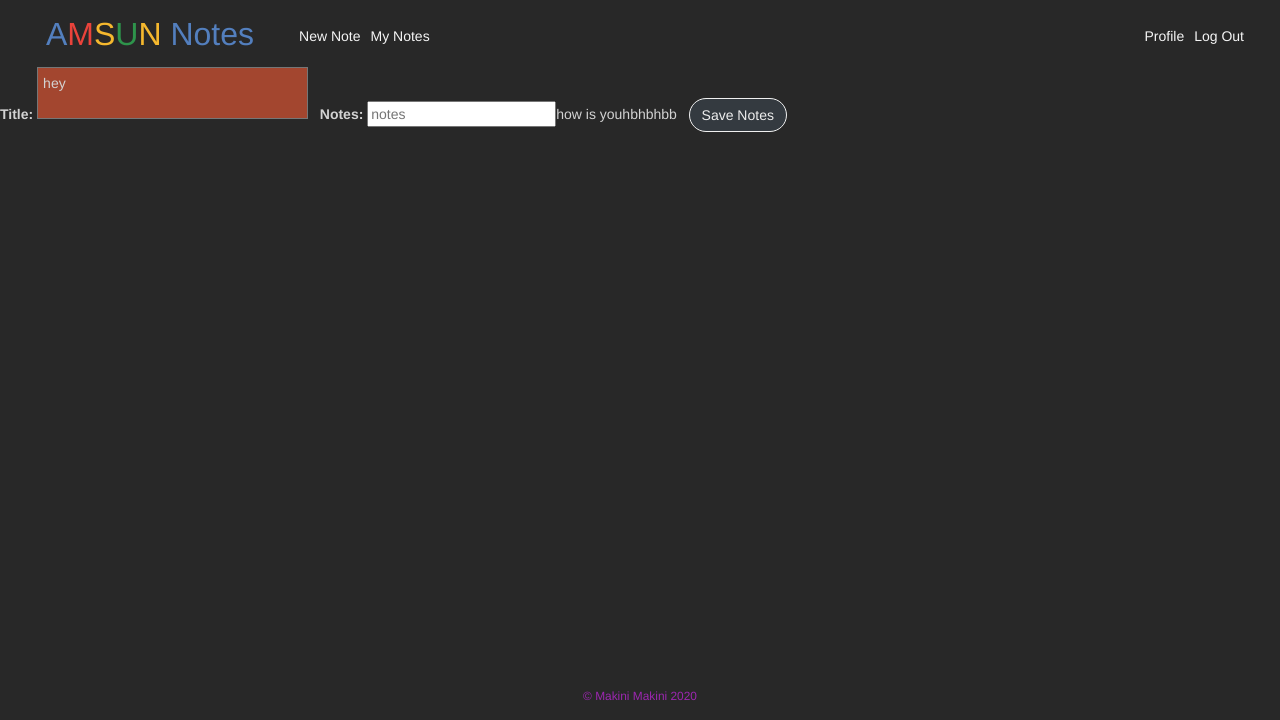
Repository: MakiniMakini/AMSUN-NOTES
Page: http://localhost/22/edit
An editor plug-in stored every save of this project. The page is shown before and after the next save, followed by the edit.
The browser window is 1280 px wide. The pictures show the whole page.
Some web fonts or font styles are not loaded; a fallback is used. The page is served by the project's application, run on Flask 3 (application.py). The session is filled in as if someone had signed in: {"user_id": 1}. The page reads the database file committed with the project.

Above is the page before, as saved 2020-12-25 13:19:49.

### templates/edit.html
{% extends "layout.html" %}

{% block title %}
    Edit
{% endblock %}

{% block main %}


      <div class="notes_form">
            {% for item in notes %}

            <form action="/{{item[0]}}/edit" method="POST" class="notes_form">
             <label for="title">Title:</label>
             <textarea name="title" id="" cols="30" rows="2" placeholder="title" type="text" >{{item[1]}}</textarea> &nbsp;
             <label for="notes">Notes:</label>
             <input name="notes" placeholder="notes" type="text">{{item[2]}}</input> &nbsp;
              <button class="btn btn-primary bg-dark" type="submit">Save Notes</button>
            </form>

            {% endfor %}

  </div>




{% endblock %}

### templates/layout.html
<!DOCTYPE html>
<html lang="en">
    <head>
        <!-- Required meta tags -->
        <meta charset="utf-8">
        <meta name="viewport" content="width=device-width, initial-scale=1, shrink-to-fit=no">

        <!-- documentation at http://getbootstrap.com/docs/4.1/, alternative themes at https://bootswatch.com/ -->
        <link href="https://maxcdn.bootstrapcdn.com/bootstrap/4.1.3/css/bootstrap.min.css" rel="stylesheet">

        <!-- https://favicon.io/emoji-favicons/money-mouth-face/ -->
        <link href="/static/favicon.ico" rel="icon">

        <link href="/static/styles.css" rel="stylesheet">
        <link rel="stylesheet" href="/static/bootstrap.min.css" />
        <link rel="stylesheet" href="/static/animate.min.css" />
        <link rel="stylesheet" href="/static/ionicons.min.css" />
        <link rel="stylesheet" href="/static/styles2.css" />
        <link rel="stylesheet" href="/static/profile.css" />

        <script src="https://code.jquery.com/jquery-3.3.1.min.js"></script>
        <script src="https://cdnjs.cloudflare.com/ajax/libs/popper.js/1.14.3/umd/popper.min.js"></script>
        <script src="https://maxcdn.bootstrapcdn.com/bootstrap/4.1.3/js/bootstrap.min.js"></script>

        <title>AMSUN Notes: {% block title %}{% endblock %}</title>
    </head>

    <body>

        <nav class="navbar navbar-expand-md navbar-light bg-none pl-5 pr-5 m-0 fixed-top">
            <a class="navbar-brand" href="/"><span class="blue">A</span><span class="red">M</span><span class="yellow">S</span><span class="green">U</span><span class="yellow">N</span> <span class="blue">Notes</span></a>
            <button aria-controls="navbar" aria-expanded="false" aria-label="Toggle navigation" class="navbar-toggler bg-light" data-target="#navbar" data-toggle="collapse" type="button">
                <span class="navbar-toggler-icon"></span>
            </button>
            <div class="collapse navbar-collapse" id="navbar" >
                {% if session.user_id %}
                    <ul class="navbar-nav mr-auto mt-2">
                        <li class="nav-item"><a class="nav-link" href="/home">New Note</a></li>
                        <li class="nav-item"><a class="nav-link" href="/my_notes">My Notes</a></li>
                    </ul>
                    <ul class="navbar-nav ml-auto mt-2 navbar-right">
                        <li class="nav-item"><a class="nav-link" href="/profile">Profile</a></li>
                        <li class="nav-item"><a class="nav-link" href="/logout">Log Out</a></li>
                    </ul>
                {% else %}
                    <ul class="navbar-nav ml-auto mt-2 navbar-right">
                        <li class="nav-item"><a class="nav-link" href="/register">Register</a></li>
                        <li class="nav-item"><a class="nav-link" href="/login">Log In</a></li>
                    </ul>
                {% endif %}
            </div>
        </nav>

        {% if get_flashed_messages() %}
            <header>
                <div class="alert alert-primary border text-center" role="alert">
                    {{ get_flashed_messages() | join(" ") }}
                </div>
            </header>
        {% endif %}

        <main class="container p-0">

        </main>
        {% block main %}{% endblock %}

        <footer class="small text-center text-muted fixed-bottom bg-none">
             <a href="https://makini-makini.herokuapp.com">© Makini Makini 2020</a>
        </footer>

    </body>
</html>

### application.py
import os

import sqlite3
from flask import Flask, flash, jsonify, redirect, render_template, request, session
from flask_session import Session
from tempfile import mkdtemp
from werkzeug.exceptions import default_exceptions, HTTPException, InternalServerError
from werkzeug.security import check_password_hash, generate_password_hash

from helpers import apology, login_required


# Configure application
app = Flask(__name__)

# Ensure templates are auto-reloaded
app.config["TEMPLATES_AUTO_RELOAD"] = True

# Ensure responses aren't cached
@app.after_request
def after_request(response):
    response.headers["Cache-Control"] = "no-cache, no-store, must-revalidate"
    response.headers["Expires"] = 0
    response.headers["Pragma"] = "no-cache"
    return response


# Configure session to use filesystem (instead of signed cookies)
app.config["SESSION_FILE_DIR"] = mkdtemp()
app.config["SESSION_PERMANENT"] = False
app.config["SESSION_TYPE"] = "filesystem"
Session(app)

# connecting to the database
connection = sqlite3.connect("amsun_notes.db", check_same_thread=False)

# cursor
db = connection.cursor()

# >>>>>>>>>>>>>>>>>>>>>>>>>>>>>>>ROUTES<<<<<<<<<<<<<<<<<<

# ///////////////INDEX\\\\\\\\\\\\\\\\\\
@app.route("/")
def home_page():
    return render_template("home.html")

# ////////////////WRITE NOTES\\\\\\\\\\\\\
@app.route("/home")
@login_required
def index():
    return render_template("index.html")

# //////PROFILE\\\\\\\\
@app.route("/profile")
@login_required
def profile():
    return render_template("profile.html")

# /////////////MY NOTES\\\\\\\\\\
@app.route("/my_notes")
@login_required
def my_notes():

    # logged user
    user_id = session['user_id']

    db.execute("SELECT note_id, title, notes FROM notes WHERE user_id=:user_id", {'user_id':user_id})
    notes = db.fetchall()

    # Ensure user has notes
    if not notes:
        return render_template("index.html", message = "You Do Not Have Any Stock")

    return render_template("my_notes.html", notes=notes)

# ///////////////ALLOW USER TO EDIT THEIR NOTES\\\\\\\\\\\\\\\\\\\
@app.route("/<note_id>/edit", methods=["GET", "POST"])
@login_required
def edit(note_id):

     # logged user
    user_id = session['user_id']

    if request.method == "GET":
        # query database for notes
        db.execute("SELECT note_id, title, notes FROM notes WHERE user_id=:user_id AND note_id=:note_id", {'user_id':user_id, 'note_id':note_id})
        notes = db.fetchall()
        # populate text-area with existing notes
        return render_template("edit.html", notes=notes)

    if request.method == "POST":
        # get title
        title = request.form.get("title")
        #get notes
        notes = request.form.get("notes")

        # ensure the fields are not blank
        if not request.form.get("notes"):
            return apology('must write something', 403)
        else:
            # update notes
            db.execute("UPDATE notes SET title =:title, notes =:notes WHERE note_id=:note_id", {'user_id':user_id, 'note_id':note_id, 'title':title, 'notes':notes})
            # save to data base
            connection.commit()
            # redirect user to their notes
            return redirect("/my_notes")


@app.route("/<note_id>/delete")
@login_required
def delete(note_id):

    print(note_id)

    db.execute("DELETE FROM notes WHERE note_id=:note_id", {'note_id':note_id})
    connection.commit()

    return redirect("/my_notes")

# >>>>>>>>>>>>>REGISTER USER<<<<<<<<<<<<<<<<<<<<<<<<<<<<<<<<<<<
@app.route("/register", methods=["GET", "POST"])
def register():
    """Register user"""

    # if 'GET' render Reg. form
    if request.method == "GET":
        return render_template("register.html")

    if request.method == "POST":

        username = request.form.get("username")
        # Ensure username is submitted
        if not request.form.get("username"):
             return apology("must provide username", 403)

        # Ensure password was submitted
        elif not request.form.get("password") and not request.form.get("confirmation"):
            return apology("must provide password and confirmation", 403)
        else:
            # query db
            db.execute("SELECT * FROM users WHERE username = :username",
                            {'username' : username})
            rows = db.fetchall()

            # check if user exists
            if len(rows) == 1:
                return apology("username already exists", 403)
            else:
                username = request.form.get("username")

            # password
            if request.form.get("password") == request.form.get("confirmation"):
                # hash password
                pwhash = generate_password_hash(request.form.get("password"), method='plain')
            else:
                return apology("passwords do not match", 403)

            # update db
            db.execute("INSERT INTO users (username, hash) VALUES (:username, :pwhash)", {'username':username, 'pwhash':pwhash})

            # To save the changes in the files. Never skip this.
            # If we skip this, nothing will be saved in the database.
            connection.commit()

            # # close the connection
            # connection.close()
            return redirect("/")


# >>>>>>>>>>>>>>>>>>>>>>LOGIN<<<<<<<<<<<<<<<<<<<<<<


@app.route("/login", methods=["GET", "POST"])
def login():
    """Log user in"""

    # Forget any user_id
    session.clear()

    # User reached route via POST (as by submitting a form via POST)
    if request.method == "POST":

        # Ensure username was submitted
        if not request.form.get("username"):
            return apology("must provide username", 403)

        # Ensure password was submitted
        elif not request.form.get("password"):
            return apology("must provide password", 403)

        # Query database for username
        db.execute("SELECT * FROM users WHERE username = :username",
                          {'username':request.form.get("username")})

        rows = db.fetchall()

        print(rows)
        # Ensure username exists and password is correct
        if len(rows) != 1 or not check_password_hash(rows[0][2], request.form.get("password")):
            return apology("invalid username and/or password", 403)

    # Remember which user has logged in
        session["user_id"] = rows[0][0]

        # Redirect user to home page
        return redirect("/")

    # User reached route via GET (as by clicking a link or via redirect)
    else:
        return render_template("login.html")

#>>>>>>>>>>>>>>>>>>>>>>>>>>>LOGOUT<<<<<<<<<<<<<<<<<<<<<<<<

@app.route("/logout")
def logout():
    """Log user out"""

    # Forget any user_id
    session.clear()

    # Redirect user to login form
    return redirect("/")


# >>>>>>>>>>>>>>>>>>>SAVE NOTES <<<<<<<<<<<<<<<<<<<<<<<<<
@app.route("/notes", methods=["GET", "POST"])
@login_required
def save():
    #save notes to database

    # logged user
    user_id = session['user_id']

    if request.method == "POST":

        # get the title
        title = request.form.get("title")

        #get notes
        notes = request.form.get("notes")

        # ensure the fields are not blank
        if not request.form.get("notes"):
            return apology('must write something', 403)
        else:
            db.execute("INSERT INTO notes (user_id, title, notes) VALUES (:user_id, :title, :notes)", {'user_id':user_id, 'title':title, 'notes':notes})

            # save to data base
            connection.commit()
            return render_template("index.html")

### helpers.py
import os
import requests
import urllib.parse

from flask import redirect, render_template, request, session
from functools import wraps

def apology(message, code=400):
    """Render message as an apology to user."""
    def escape(s):
        """
        Escape special characters.

        https://github.com/jacebrowning/memegen#special-characters
        """
        for old, new in [("-", "--"), (" ", "-"), ("_", "__"), ("?", "~q"),
                         ("%", "~p"), ("#", "~h"), ("/", "~s"), ("\"", "''")]:
            s = s.replace(old, new)
        return s
    return render_template("apology.html", top=code, bottom=escape(message)), code


def login_required(f):
    """
    Decorate routes to require login.

    http://flask.pocoo.org/docs/1.0/patterns/viewdecorators/
    """
    @wraps(f)
    def decorated_function(*args, **kwargs):
        if session.get("user_id") is None:
            return redirect("/login")
        return f(*args, **kwargs)
    return decorated_function

### static/styles.css
nav .navbar-brand {
	/* size for brand */
	font-size: xx-large;
}

/* colors for brand */
nav .navbar-brand .blue {
	color: #537fbe;
}
nav .navbar-brand .red {
	color: #ea433b;
}
nav .navbar-brand .yellow {
	color: #f5b82e;
}
nav .navbar-brand .green {
	color: #2e944b;
}

.navbar .nav-link {
	color: whitesmoke !important;
}

main .form-control {
	/* center form controls */
	display: inline-block;

	/* override Bootstrap's 100% width for form controls */
	width: auto;
}

main {
	/* scroll horizontally as needed */
	overflow-x: auto;

	/* center contents */
	text-align: center;
}

main img {
	/* constrain images on small screens */
	max-width: 100%;
}

/* Style the image inside the centered container, if needed */
.centered img {
	width: 150px;
	border-radius: 50%;
}

textarea {
	font-family: monospace;
}

.section_name {
	text-align: center;
	padding: 0;
}

.form-form {
	text-align: center;
	padding-top: 10vh;
}
.btn:focus {
	outline: none !important;
}

.form-control-email {
	text-align: left;
	display: block;
	width: 50%;
	height: 35px;
	padding: 6px 12px;
	font-size: 14px;
	line-height: 1.5;
	color: #eee;
	background-color: #36333d;
	background-image: none;
	border: 1px solid #36333d;
	border-radius: 4px;
	box-shadow: inset 0 1px 1px rgba(0, 0, 0, 0.075);
	transition: border-color ease-in-out .15s, box-shadow ease-in-out .15s;
}
.form-control-email:focus {
	outline: none;
}

.iframe-container {
	position: relative;
	overflow: hidden;
	width: 100%;
	padding-top: 56.25%; /* 16:9 Aspect Ratio (divide 9 by 16 = 0.5625) */
}

.responsive-iframe {
	position: absolute;
	top: 0;
	left: 0;
	bottom: 0;
	right: 0;
	width: 100%;
	height: 100%;
}

.my_notes {
	margin: auto;
	align-content: center;
	padding-top: 5vh;
}

.my_notes .card {
	align-content: center;
	margin: auto;
}

textarea {
	background-color: #a3462f;
	padding: 5px;
	columns: red;
}

textarea:focus {
	background-color: #2f2d33;
}

.notes_form {
	margin: auto;
	align-items: center;
}

### static/profile.css
/* Profile container */
.profile {
	margin: 20px 0;
}

/* Profile sidebar */
.profile-sidebar {
	padding: 20px 0 10px 0;
	background: #fff;
}

.profile-userpic img {
	float: none;
	margin: 0 auto;
	width: 50%;
	height: 50%;
	-webkit-border-radius: 50% !important;
	-moz-border-radius: 50% !important;
	border-radius: 50% !important;
}

.profile-usertitle {
	text-align: center;
	margin-top: 20px;
}

.profile-usertitle-name {
	color: #5a7391;
	font-size: 16px;
	font-weight: 600;
	margin-bottom: 7px;
}

.profile-usertitle-job {
	text-transform: uppercase;
	color: #5b9bd1;
	font-size: 12px;
	font-weight: 600;
	margin-bottom: 15px;
}

.profile-userbuttons {
	text-align: center;
	margin-top: 10px;
}

.profile-userbuttons .btn {
	text-transform: uppercase;
	font-size: 11px;
	font-weight: 600;
	padding: 6px 15px;
	margin-right: 5px;
}

.profile-userbuttons .btn:last-child {
	margin-right: 0px;
}

.profile-usermenu {
	margin-top: 30px;
}

.profile-usermenu ul li {
	border-bottom: 1px solid #f0f4f7;
}

.profile-usermenu ul li:last-child {
	border-bottom: none;
}

.profile-usermenu ul li a {
	color: #93a3b5;
	font-size: 14px;
	font-weight: 400;
}

.profile-usermenu ul li a i {
	margin-right: 8px;
	font-size: 14px;
}

.profile-usermenu ul li a:hover {
	background-color: #fafcfd;
	color: #5b9bd1;
}

.profile-usermenu ul li.active {
	border-bottom: none;
}

.profile-usermenu ul li.active a {
	color: #5b9bd1;
	background-color: #f6f9fb;
	border-left: 2px solid #5b9bd1;
	margin-left: -2px;
}

/* Profile Content */
.profile-content {
	padding: 20px;
	background: #fff;
	min-height: 460px;
}

### amsun_notes.db (the tables this page reads, as SQL)
CREATE TABLE 'notes' (
    'note_id' INTEGER PRIMARY KEY AUTOINCREMENT NOT NULL,
    'user_id' INTEGER NOT NULL, 
    'title' TEXT NOT NULL, 
    'notes' TEXT NOT NULL,
    FOREIGN KEY(user_id) REFERENCES users(id)
    );
INSERT INTO "notes" VALUES
(11, 2, 'sasa', 'sdsdsdsd'),
(18, 3, 'I am here', 'I am here to see here'),
(19, 3, 'Bike Kali', 'Reading about people'),
(21, 4, 'trip to msa', 'niliona mzungu yaaaayyyy'),
(22, 1, 'hey', 'how is youhbhbhbb'),
(26, 1, 'NOTE WITH STEPH', 'Steph is an amazing soul whom I love! ');

Loaded but not shown: static/bootstrap.min.css (library); static/animate.min.css (library); static/ionicons.min.css (library); static/styles2.css (530 lines, source omitted)

After the next save:
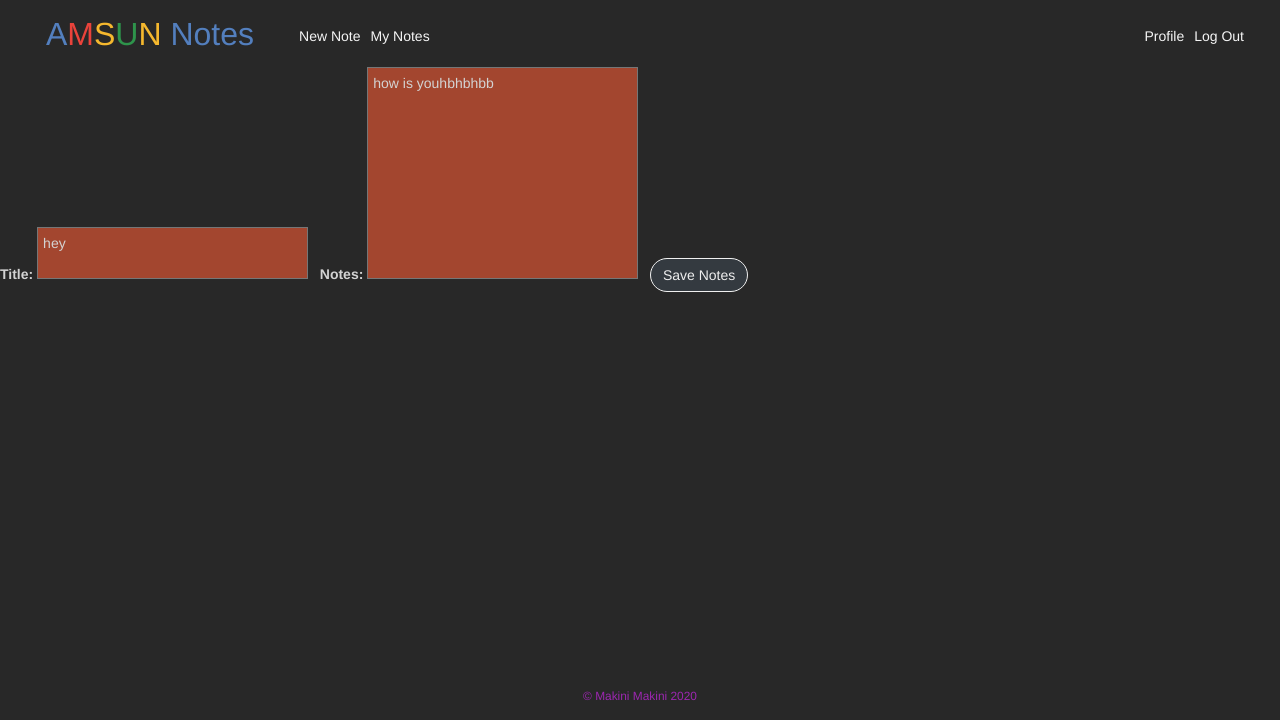
Saved 23 s later.
--- a/templates/edit.html
+++ b/templates/edit.html
@@ -14,7 +14,7 @@
              <label for="title">Title:</label>
              <textarea name="title" id="" cols="30" rows="2" placeholder="title" type="text" >{{item[1]}}</textarea> &nbsp;
              <label for="notes">Notes:</label>
-             <input name="notes" placeholder="notes" type="text">{{item[2]}}</input> &nbsp;
+             <textarea name="notes" cols="30" rows="10" placeholder="notes" type="text">{{item[2]}}</textarea> &nbsp;
               <button class="btn btn-primary bg-dark" type="submit">Save Notes</button>
             </form>
 
